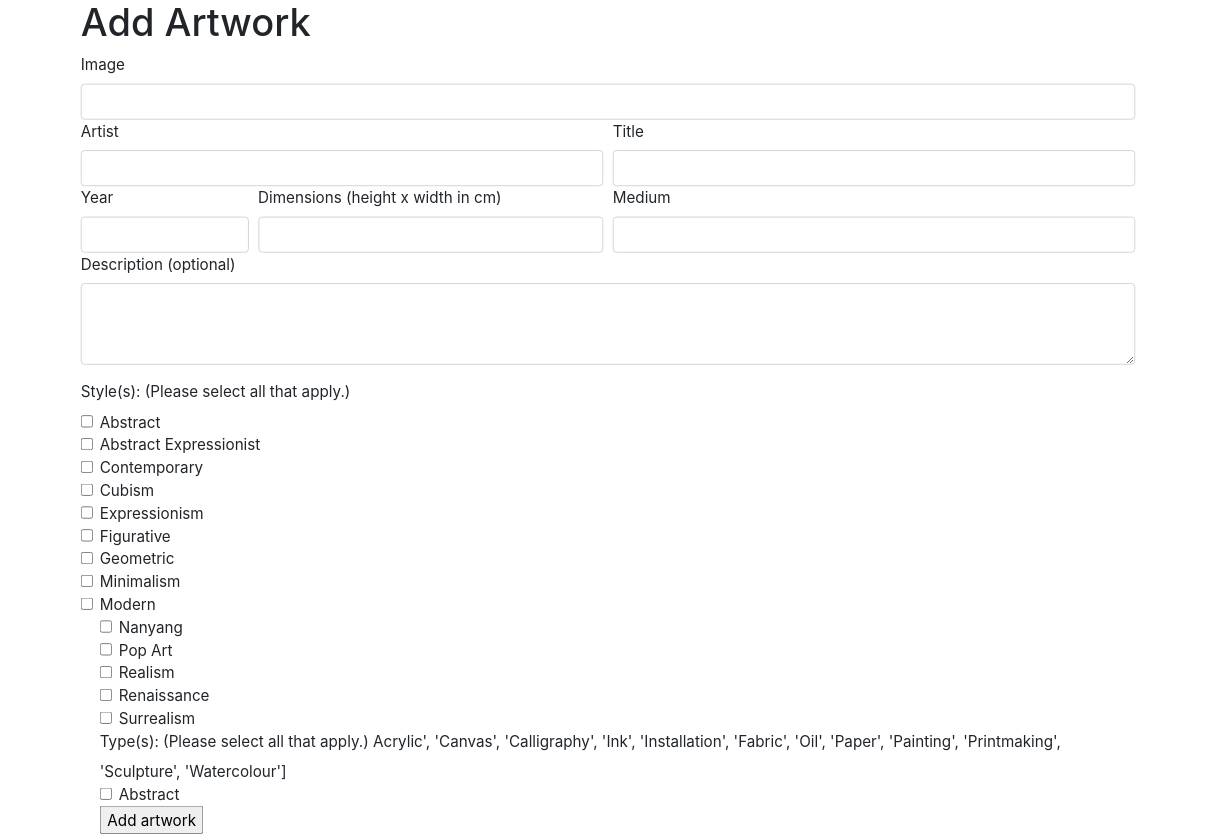
Repository: lynette-lyf/artwork-inventory
Page: http://localhost/add-artwork
The author's editor kept a record of every edit. The page is drawn from the files as they stood at one moment, then again after the next edit.
The browser window is 1280 px wide. The pictures show the whole page, at 95% of full size.
The page is served by the project's application, run on Flask 3 (app.py).

Above is the page before.

### templates/add_artwork.template.html
<!doctype html>
<html lang="en">
  <head>
    <!-- Required meta tags -->
    <meta charset="utf-8">
    <meta name="viewport" content="width=device-width, initial-scale=1, shrink-to-fit=no">

    <!-- Bootstrap CSS -->
    <link rel="stylesheet" href="https://stackpath.bootstrapcdn.com/bootstrap/4.3.1/css/bootstrap.min.css" integrity="sha384-ggOyR0iXCbMQv3Xipma34MD+dH/1fQ784/j6cY/iJTQUOhcWr7x9JvoRxT2MZw1T" crossorigin="anonymous">

    <title>Add Artwork</title>
  </head>
  <body>
    <div class='container'>
        <h1>Add Artwork</h1>
        <form class='form' method="POST">
          <div class='form-row'>
              <div class='col-12'>
                <label>Image</label>
                <input type='text' class='form-control' name='image' required/>
            </div>
            <div class='col-6'>
                <label>Artist</label>
                <input type='text' class='form-control' name='artist' required/>
            </div>
            <div class='col-6'>
                <label>Title</label>
                <input type='text' class='form-control' name='title' required/>
            </div>
          </div>

          <div class='form-row'>
            <div class='col-2'>
                <label>Year</label>
                <input type='number' class='form-control' maxlength='4' min='1000' max='2019' name='year' required/>
            </div>
            <div class='col-4'>
                <label>Dimensions (height x width in cm)</label>
                <input type='text' class='form-control' name='dimensions' required/>
            </div>
            <div class='col-6'>
                <label>Medium</label>
                <input type='text' class='form-control' name='medium' required/>
            </div>
          </div>

            <div class='form-group'>
                <label>Description (optional)</label>
                <textarea class="form-control" rows="3" name='description'></textarea>
            </div>

           <label>Style(s): (Please select all that apply.)</label>

            <div class="form-check">
            <input class="form-check-input" type='checkbox' value='Abstract' id="type" name="type">
            <label class="form-check-label" for="Abstract">Abstract</label>
            </div>

            <div class="form-check">
            <input class="form-check-input" type='checkbox' value='Abstract Expressionist' id="type" name="type">
            <label class="form-check-label" for="Abstract Expressionist">Abstract Expressionist</label>
            </div>

            <div class="form-check">
            <input class="form-check-input" type='checkbox' value='Contemporary' id="type" name="type">
            <label class="form-check-label" for="Contemporary">Contemporary</label>
            </div>

            <div class="form-check">
            <input class="form-check-input" type='checkbox' value='Cubism' id="type" name="type">
            <label class="form-check-label" for="Cubism">Cubism</label>
            </div>

            <div class="form-check">
            <input class="form-check-input" type='checkbox' value='Expressionism' id="type" name="type">
            <label class="form-check-label" for="Expressionism">Expressionism</label>
            </div>

            <div class="form-check">
            <input class="form-check-input" type='checkbox' value='Figurative' id="type" name="type">
            <label class="form-check-label" for="Figurative">Figurative</label>
            </div>

            <div class="form-check">
            <input class="form-check-input" type='checkbox' value='Geometric' id="type" name="type">
            <label class="form-check-label" for="Geometric">Geometric</label>
            </div>

            <div class="form-check">
            <input class="form-check-input" type='checkbox' value='Minimalism' id="type" name="type">
            <label class="form-check-label" for="Minimalism">Minimalism</label>
            </div>

            <div class="form-check">
            <input class="form-check-input" type='checkbox' value='Modern' id="type" name="type">
            <label class="form-check-label" for="Modern">Modern</label>

            <div class="form-check">
            <input class="form-check-input" type='checkbox' value='Nanyang' id="type" name="type">
            <label class="form-check-label" for="Nanyang">Nanyang</label>
            </div>

            <div class="form-check">
            <input class="form-check-input" type='checkbox' value='Pop Art' id="type" name="type">
            <label class="form-check-label" for="Pop Art">Pop Art</label>
            </div>

            <div class="form-check">
            <input class="form-check-input" type='checkbox' value='Realism' id="type" name="type">
            <label class="form-check-label" for="Realism">Realism</label>
            </div>

            <div class="form-check">
            <input class="form-check-input" type='checkbox' value='Renaissance' id="type" name="type">
            <label class="form-check-label" for="Renaissance">Renaissance</label>
            </div>

            <div class="form-check">
            <input class="form-check-input" type='checkbox' value='Surrealism' id="type" name="type">
            <label class="form-check-label" for="Surrealism">Surrealism</label>
            </div>


            <label>Type(s): (Please select all that apply.)</label>

            Acrylic', 'Canvas', 'Calligraphy', 'Ink', 'Installation',
'Fabric', 'Oil', 'Paper', 'Painting', 'Printmaking', 'Sculpture', 'Watercolour']

            <div class="form-check">
            <input class="form-check-input" type='checkbox' value='Abstract' id="type" name="type">
            <label class="form-check-label" for="Abstract">Abstract</label>
            </div>

           <input type="submit" value="Add artwork"/>
        </form>
    </div>

    <!-- Optional JavaScript -->
    <!-- jQuery first, then Popper.js, then Bootstrap JS -->
    <script src="https://code.jquery.com/jquery-3.3.1.slim.min.js" integrity="sha384-q8i/X+965DzO0rT7abK41JStQIAqVgRVzpbzo5smXKp4YfRvH+8abtTE1Pi6jizo" crossorigin="anonymous"></script>
    <script src="https://cdnjs.cloudflare.com/ajax/libs/popper.js/1.14.7/umd/popper.min.js" integrity="sha384-UO2eT0CpHqdSJQ6hJty5KVphtPhzWj9WO1clHTMGa3JDZwrnQq4sF86dIHNDz0W1" crossorigin="anonymous"></script>
    <script src="https://stackpath.bootstrapcdn.com/bootstrap/4.3.1/js/bootstrap.min.js" integrity="sha384-JjSmVgyd0p3pXB1rRibZUAYoIIy6OrQ6VrjIEaFf/nJGzIxFDsf4x0xIM+B07jRM" crossorigin="anonymous"></script>
  </body>
</html>

### app.py
from flask import Flask, render_template, request, redirect, url_for
import os
from bson import ObjectId
import re

import pymongo

MONGO_URI = os.getenv('MONGO_URI')
DATABASE_NAME = 'artworksAndConsigners'

conn = pymongo.MongoClient(MONGO_URI)

def get_connection():
    conn = pymongo.MongoClient(MONGO_URI)
    return conn

app = Flask(__name__)

@app.route('/')
def index():
    artworksAndConsigners = conn[DATABASE_NAME]['artworksAndConsigners'].find()
    return render_template('index.template.html', results=artworksAndConsigners)


# CREATE************************************************************************

@app.route('/add-artwork')
def show_add_artwork_form():
    return render_template('add_artwork.template.html')

@app.route('/add-artwork', methods=['POST'])
def process_add_artwork_form():
    image = request.form.get('image')
    artist = request.form['artist']
    title = request.form['title']
    year = request.form['year']
    dimensions = request.form['dimensions']
    medium = request.form['medium']
    description = request.form['description']
    type = request.form.getlist('type')

    conn = get_connection()
    conn[DATABASE_NAME]['artworksAndConsigners'].insert({
        "image" : image,
        "artist" : artist,
        "title" : title,
        "year" : year,
        "dimensions" : dimensions,
        "medium" : medium,
        "description" : description,
        "type" : type
    })

    # redirect back to root url
    return redirect("/")

# READ**************************************************************************

@app.route('/')
def search_index():
    search_terms = request.args.get('search-by')
    title = request.args.get('title')
    must_have = request.args.getlist('must-have')

    all_types = ['Abstract', 'Abstract Expressionist', 'Contemporary', 'Cubism', 'Expressionism', 'Figurative', 'Geometric', 'Minimalism', 'Modern', 'Nanyang', 'Pop Art', 'Realism', 'Renaissance', 'Surrealism']

    search_criteria = {}
    print (search_criteria)
    if search_terms is not None and search_terms is not "":
        search_criteria["title"] = re.compile(r'{}'.format(search_terms), re.I)

    if len(must_have) > 0:
        search_criteria['all_types'] = {
            '$all' : must_have
        }



    print (search_criteria)
    # # for display
    # if search_terms is None:
    #     search_terms =""

    if search_terms is None:
        search_terms = ""

    conn = get_connection()
    cursor = conn[DATABASE_NAME]["artworksAndConsigners"].find(search_criteria).limit(10)
    return render_template("index.template.html", results=cursor,
        search_terms=search_terms, title=title, all_types=all_types, must_have=must_have)

# UPDATE************************************************************************

@app.route('/edit-artwork/<artwork_id>')
def show_edit_artwork_form(artwork_id):
    conn = get_connection()
    artwork = conn[DATABASE_NAME]['artworksAndConsigners'].find_one({
        '_id': ObjectId(artwork_id)
    })

    results = artwork['type']
    all_styles = ['Abstract', 'Abstract Expressionist', 'Contemporary', 'Cubism', 'Expressionism', 'Figurative', 'Geometric', 'Minimalism', 'Modern', 'Nanyang', 'Pop Art', 'Realism', 'Renaissance', 'Surrealism']
    all_types = ['Acrylic', 'Canvas', 'Calligraphy', 'Ink', 'Installation', 'Fabric', 'Oil', 'Paper', 'Painting', 'Portrait', 'Printmaking', 'Sculpture', 'Watercolour']

    return render_template('edit_artwork.template.html', artworksAndConsigners=artwork,
    selected_type = results, all_styles=all_styles, all_types=all_types)

@app.route("/edit-artwork/<artwork_id>", methods=['POST'])
def process_edit_artwork_form(artwork_id):
    image = request.form.get('image')
    artist = request.form['artist']
    title = request.form['title']
    year = request.form['year']
    dimensions = request.form['dimensions']
    medium = request.form['medium']
    description = request.form['description']
    type = request.form.getlist('type')

    conn = get_connection()
    conn[DATABASE_NAME]["artworksAndConsigners"].update({
        '_id': ObjectId(artwork_id)
    }, {
       "image" : image,
        "artist" : artist,
        "title" : title,
        "year" : year,
        "dimensions" : dimensions,
        "medium" : medium,
        "description" : description,
        "type": type
    })

    return redirect("/")


# DELETE************************************************************************

@app.route('/confirm-delete-artwork/<artwork_id>')
def confirm_delete_artwork(artwork_id):

    artwork = conn[DATABASE_NAME]["artworksAndConsigners"].find_one({
        '_id': ObjectId(artwork_id)
    }, {
        "title": 1,
        "artist": 1
    })

    return render_template('confirm_delete_artwork.template.html', artworksAndConsigners=artwork)

@app.route('/delete-artwork/<artwork_id>')
def delete_artwork(artwork_id):
    conn[DATABASE_NAME]["artworksAndConsigners"].delete_one({
        '_id': ObjectId(artwork_id)
    })

    return redirect('/')

# "magic code" -- boilerplate
if __name__ == '__main__':
    app.run(host=os.environ.get('IP'),
    port=int(os.environ.get('PORT')),
    debug=True)

After the next edit:
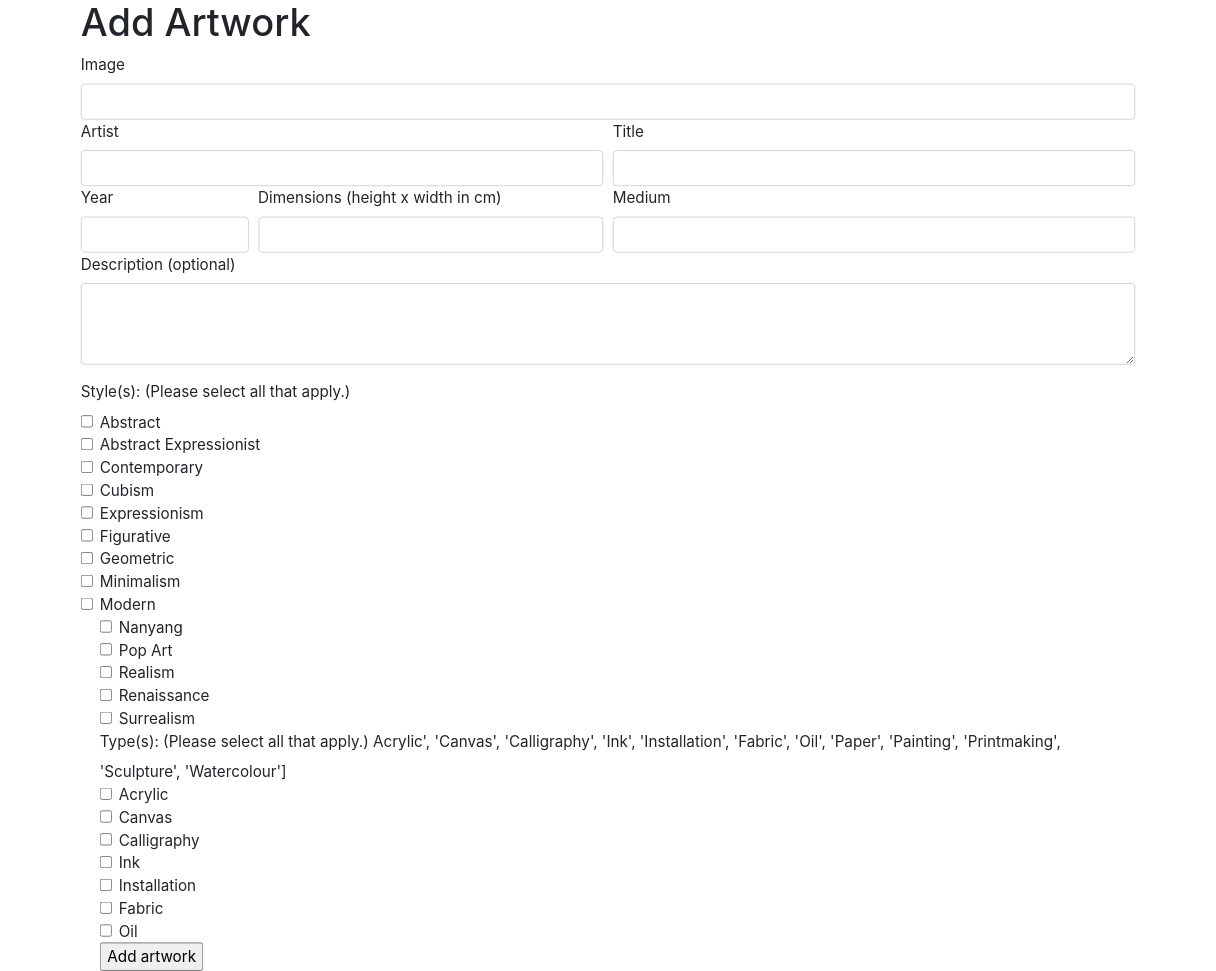
The edit:
--- a/templates/add_artwork.template.html
+++ b/templates/add_artwork.template.html
@@ -127,9 +127,40 @@
 'Fabric', 'Oil', 'Paper', 'Painting', 'Printmaking', 'Sculpture', 'Watercolour']
 
             <div class="form-check">
-            <input class="form-check-input" type='checkbox' value='Abstract' id="type" name="type">
-            <label class="form-check-label" for="Abstract">Abstract</label>
+            <input class="form-check-input" type='checkbox' value='Acrylic' id="type" name="type">
+            <label class="form-check-label" for="Acrylic">Acrylic</label>
             </div>
+
+            <div class="form-check">
+            <input class="form-check-input" type='checkbox' value='Canvas' id="type" name="type">
+            <label class="form-check-label" for="Canvas">Canvas</label>
+            </div>
+
+            <div class="form-check">
+            <input class="form-check-input" type='checkbox' value='Calligraphy' id="type" name="type">
+            <label class="form-check-label" for="Calligraphy">Calligraphy</label>
+            </div>
+
+            <div class="form-check">
+            <input class="form-check-input" type='checkbox' value='Ink' id="type" name="type">
+            <label class="form-check-label" for="Ink">Ink</label>
+            </div>
+
+            <div class="form-check">
+            <input class="form-check-input" type='checkbox' value='Installation' id="type" name="type">
+            <label class="form-check-label" for="Installation">Installation</label>
+            </div>
+
+            <div class="form-check">
+            <input class="form-check-input" type='checkbox' value='Fabric' id="type" name="type">
+            <label class="form-check-label" for="Fabric">Fabric</label>
+            </div>
+
+            <div class="form-check">
+            <input class="form-check-input" type='checkbox' value='Oil' id="type" name="type">
+            <label class="form-check-label" for="Oil">Oil</label>
+            </div>
+
 
            <input type="submit" value="Add artwork"/>
         </form>
